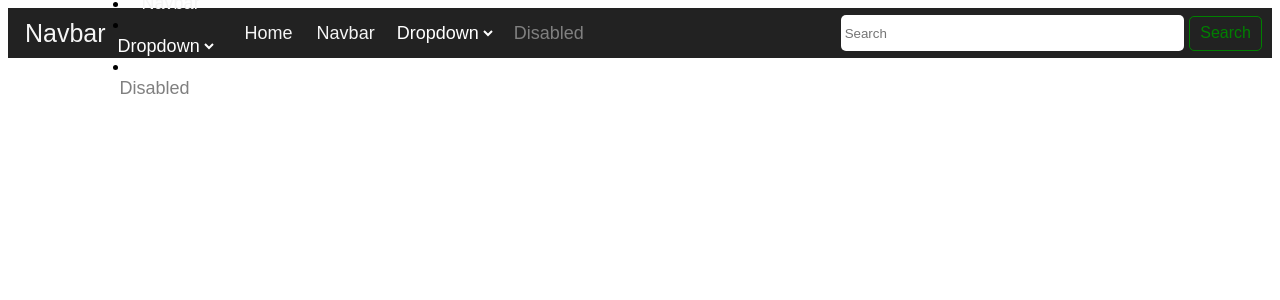
Repository: CryptoFamilyNFT/develhope
Page: css/navbar/navbar.html
An editor plug-in stored every save of this project. The page is shown before and after the next save, followed by the edit.
The browser window is 1280 px wide. The pictures show the whole page.

Above is the page before, as saved 2024-11-18 10:54:29.

### css/navbar/navbar.html
<!DOCTYPE html>
<html lang="en">

<head>
    <meta charset="UTF-8">
    <meta name="viewport" content="width=device-width, initial-scale=1.0">
    <title>Esercizio Navbar</title>
    <link rel="stylesheet" href="navbar.css">
</head>

<body>
    <header>
        <nav>
            <div class="GridBar">
                <div class="LogoText">
                    <button class="LogoButton">
                        Navbar
                    </button>
                </div>
                <div class="dropdown-content">
                    <li>
                        <button class="NavButton">
                            Home
                        </button>
                    </li>
                    <li>
                        <button class="NavButton">
                            Navbar
                        </button>
                    </li>
                    <li>
                        <select>
                            <option value="Dropdown">
                                <div class="text">Dropdown</div>
                            </option>
                            <hr />
                            <option value="FAQ">FAQ</option>
                            <option value="T&C">T&C</option>
                        </select>
                    </li>
                    <li>
                        <button disabled class="NavButtonDisabled">
                            Disabled
                        </button>
                    </li>
                </div>
                <div class="BarSideLeft">
                    <ul>
                        <li>
                            <button class="NavButton">
                                Home
                            </button>
                        </li>
                        <li>
                            <button class="NavButton">
                                Navbar
                            </button>
                        </li>
                        <li>
                            <select>
                                <option value="Dropdown">
                                    <div class="text">Dropdown</div>
                                </option>
                                <hr />
                                <option value="FAQ">FAQ</option>
                                <option value="T&C">T&C</option>
                            </select>
                        </li>
                        <li>
                            <button disabled class="NavButtonDisabled">
                                Disabled
                            </button>
                        </li>
                    </ul>
                </div>
                <div class="RightSideBar">
                    <input placeholder="Search">
                    <button class="buttonSearch">
                        Search
                    </button>
                </div>
            </div>
        </nav>
    </header>
    <main>
        <!-- Contento main -->
    </main>
    <footer>
        <!-- Contento footer -->
    </footer>
</body>

</html>

### css/navbar/navbar.css
nav {
    background-color: #222;
    display: flex;
    flex-direction: row;
    height: 50px;
    width: 100%;
}

ul {
    list-style-type: none;
    display: flex;
    flex-direction: row;
    padding-inline-start: 10px;
    gap: 10px;
}

.BarSideLeft {
    padding-left: 10px;
}

select {
    background-color: transparent;
    font-size: 18px;
    font-size: large;
    color: white;
    border-color: transparent;
}

select:hover {
    background-color: rgb(239, 234, 234);
    color: black;
    border-radius: 2px;
}

li {
    height: auto;
}

input {
    height: 60%;
    border: 2px solid transparent;
    border-radius: 5px;
    min-width: 50%;

    @media (max-width: 780px) {
        width: auto;
    }
}

.buttonSearch {
    padding: 5px 10px;
    height: 70%;
    background-color: transparent;
    border: 1px solid green;
    font-size: medium;
    border-radius: 5px;
    color: green
}

.GridBar {
    display: flex;
    flex-direction: row;
    grid-row: 1;
    align-items: center;
    width: 100%;
    height: 100%;
}

.RightSideBar {
    width: 100%;
    height: 100%;
    display: flex;
    flex-direction: row;
    justify-content: flex-end;
    padding-right: 10px;
    align-items: center;
    gap: 5px;
}

.LogoText {
    padding-inline-start: 10px;
}

.NavButton {
    height: auto;
    background-color: transparent;
    border: 1px solid transparent;
    font-size: large;
    color: whitesmoke;
}

.NavButton:hover {
    background-color: rgb(239, 234, 234);
    color: black;
    border-radius: 2px;
}

.LogoButton {
    height: auto;
    background-color: transparent;
    border: 1px solid transparent;
    font-size: 25px;
    color: whitesmoke;
}

.LogoButton:hover {
    background-color: rgb(239, 234, 234);
    color: black;
    border-radius: 2px;
}

.menu-icon {
    display: none;
    font-size: 30px;
    color: white;
    cursor: pointer;
}

.NavButtonDisabled {
    height: auto;
    background-color: transparent;
    border: 1px solid transparent;
    font-size: large;
    color: gray;
}

@media (max-width: 780px) {
    .NavButton {
        display: none;
    }

    .LogoText {
        display: none;
    }

    .LogoButton {
        display: none;
    }

    .RightSideBar {
        padding-right: 0px;
    }

    .NavButtonDisabled {
        display: none;
    }

    .BarSideLeft {
        display: none;
    }

    .menu-icon {
        display: block;
    }
}

After the next save:
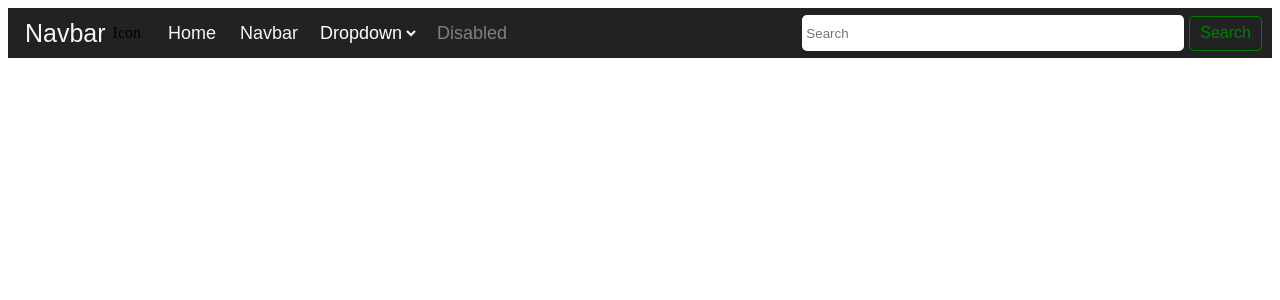
Saved 17 s later.
--- a/css/navbar/navbar.html
+++ b/css/navbar/navbar.html
@@ -18,31 +18,7 @@
                     </button>
                 </div>
                 <div class="dropdown-content">
-                    <li>
-                        <button class="NavButton">
-                            Home
-                        </button>
-                    </li>
-                    <li>
-                        <button class="NavButton">
-                            Navbar
-                        </button>
-                    </li>
-                    <li>
-                        <select>
-                            <option value="Dropdown">
-                                <div class="text">Dropdown</div>
-                            </option>
-                            <hr />
-                            <option value="FAQ">FAQ</option>
-                            <option value="T&C">T&C</option>
-                        </select>
-                    </li>
-                    <li>
-                        <button disabled class="NavButtonDisabled">
-                            Disabled
-                        </button>
-                    </li>
+                   <div>Icon</div>
                 </div>
                 <div class="BarSideLeft">
                     <ul>
